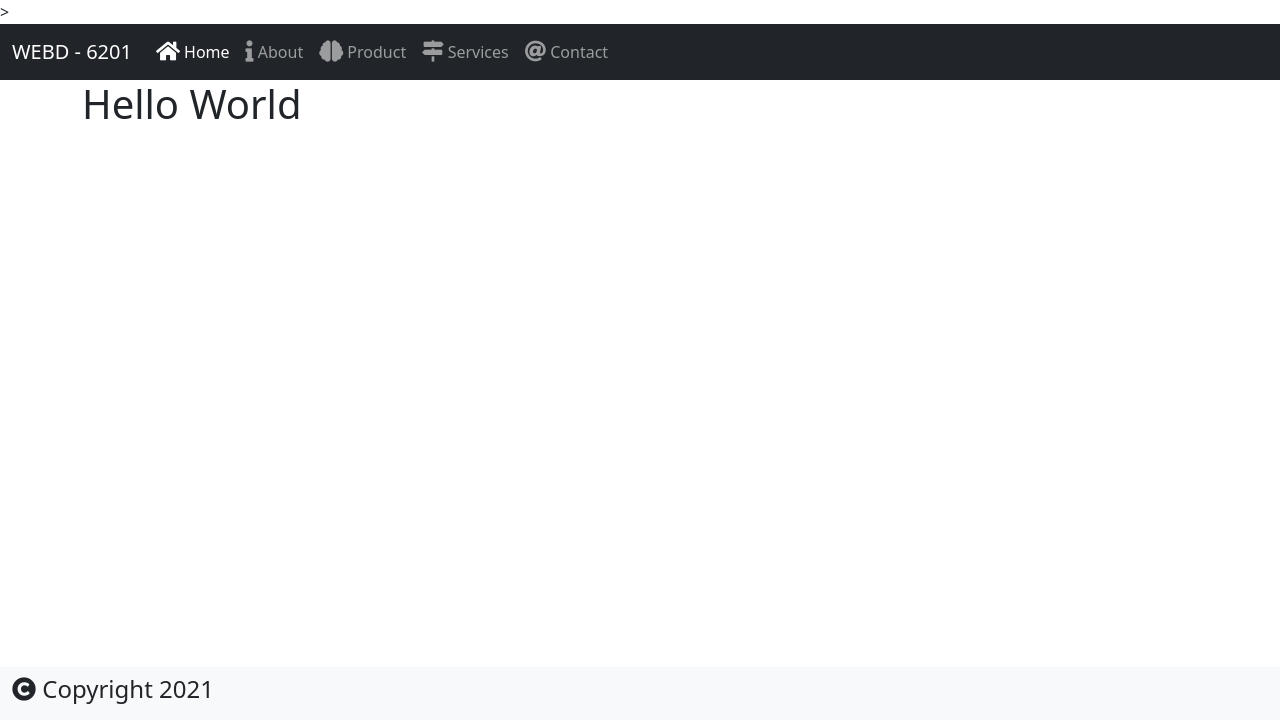
Repository: CKM206/WEBD6201-W2021-Week1
Page: index.html
These files come from the project's save history. The page is drawn as it stood at one moment and after the next save; the edit follows.
The browser window is 1280 px wide. The pictures show the whole page.

Above is the page before, as saved 2021-01-14 10:44:22.

### index.html
<!doctype html>
<html lang="en">
    <head>
        <meta charset="UTF-8">
        <meta name="viewport" content="width=device-width, initial-scale=1.0">
        <title>Hello World!</title>>
        <!-- CSS Section -->
        <!-- Inject Bootstrap first, always-->
        <link rel="stylesheet"
             href="./node_modules/bootstrap/dist/css/bootstrap.min.css">
        <!-- Now inject Icon Fonts using Font Awesome-->
        <link rel="stylesheet"
             href="./node_modules/@fortawesome/fontawesome-free/css/all.min.css">
        <!-- Now inject our custom css-->
        <link rel="stylesheet" href="./Content/app.css">
    </head>
    <body>
        <!-- Nav Bar Section -->
        <header>
            <nav class="navbar navbar-expand-lg navbar-dark bg-dark">
                <div class="container-fluid">
                  <a class="navbar-brand" href="#">WEBD - 6201</a>

                  <button class="navbar-toggler" type="button" data-bs-toggle="collapse" data-bs-target="#navbarSupportedContent" aria-controls="navbarSupportedContent" aria-expanded="false" aria-label="Toggle navigation">
                    <span class="navbar-toggler-icon"></span>
                  </button>

                  <div class="collapse navbar-collapse" id="navbarSupportedContent">
                    <ul class="navbar-nav ml-auto mb-2 mb-lg-0">

                      <li class="nav-item">
                        <a class="nav-link active" aria-current="page" href="#">
                            <i class="fas fa-home fa-lg"></i> Home</a>
                      </li>

                      <li class="nav-item">
                        <a class="nav-link" aria-current="page" href="#">
                            <i class="fas fa-info fa-lg"></i> About</a>
                      </li>

                      <li class="nav-item">
                        <a class="nav-link" aria-current="page" href="#">
                            <i class="fas fa-brain fa-lg"></i> Product</a>
                      </li>

                      <li class="nav-item">
                        <a class="nav-link" aria-current="page" href="#">
                            <i class="fas fa-map-signs fa-lg"></i></i> Services</a>
                      </li>

                      <li class="nav-item">
                        <a class="nav-link" aria-current="page" href="#">
                            <i class="fas fa-at fa-lg"></i> Contact</a>
                      </li>
                  </div>
                </div>
              </nav>
        </header>



        <main class="container">
            <h1>Hello World</h1>
        </main>

        <!-- Footer Section -->
        <footer>
            <nav class="navbar fixed-bottom navbar-light bg-light">
                <div class="container-fluid">
                  <h4><i class="fas fa-copyright"></i> Copyright 2021</h4>
                </div>
              </nav>
        </footer>

        <!-- JavaScript Section-->
        <script src="./node_modules/jquery/dist/jquery.min.js"></script>
        <script src="./node_modules/bootstrap/dist/js/bootstrap.bundle.min.js"></script>
        <script src="./Scripts/app.js"></script>
    </body>
</html>

### Content/app.css
/* Custom Css Goes Here */

### Scripts/app.js
/* Custom Scripts Go Here */

// IIFE - Immediatley Invoked Function Expression
//AKA: Anonymous Self-Executing Function
(function()
{
    function Start()
    {
        console.log("App Started...");

        for (let index = 0; index < 5; index++) {
            console.log(index);

        }

    }

    window.addEventListener("load", Start);

    /*
    window.addEventListener("load", ())
        console.log("App Started...");
    */

})();

Loaded but not shown: node_modules/bootstrap/dist/css/bootstrap.min.css (library); node_modules/@fortawesome/fontawesome-free/css/all.min.css (library); node_modules/jquery/dist/jquery.min.js (library); node_modules/bootstrap/dist/js/bootstrap.bundle.min.js (library)

After the next save:
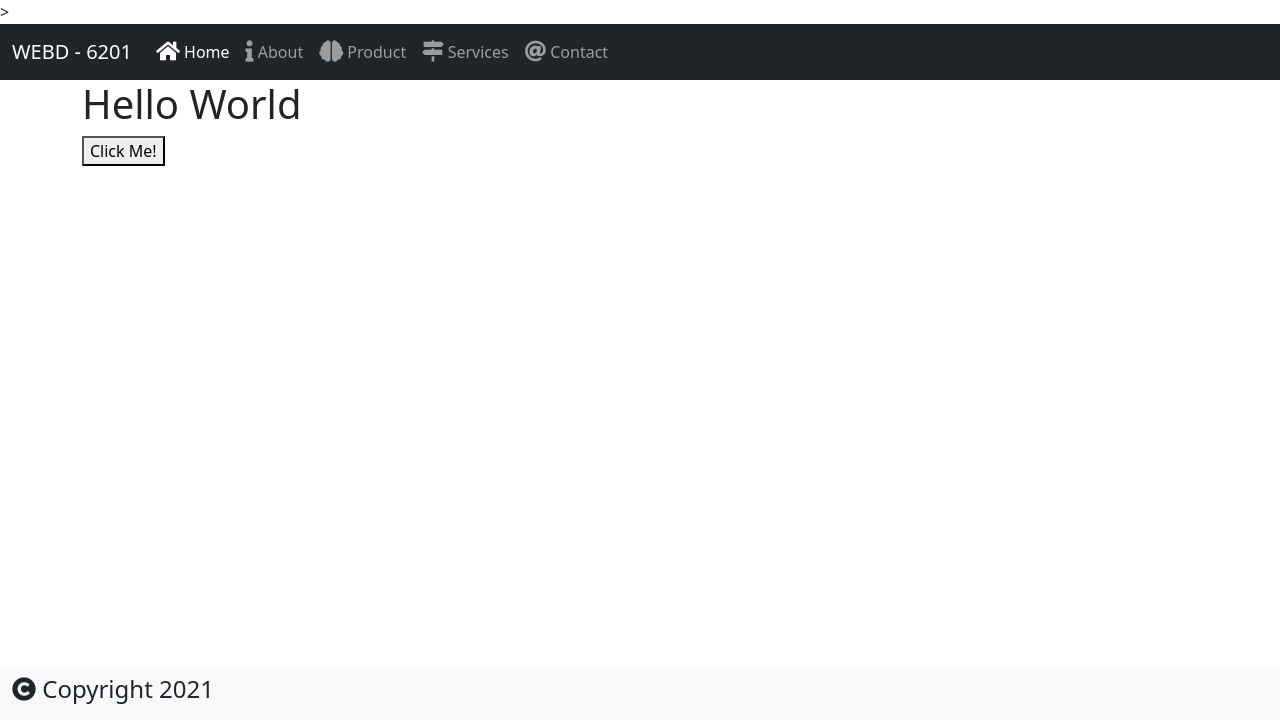
Saved 4 min 45 s later.
--- a/index.html
+++ b/index.html
@@ -61,6 +61,7 @@
 
         <main class="container">
             <h1>Hello World</h1>
+            <button>Click Me!</button>
         </main>
 
         <!-- Footer Section -->
